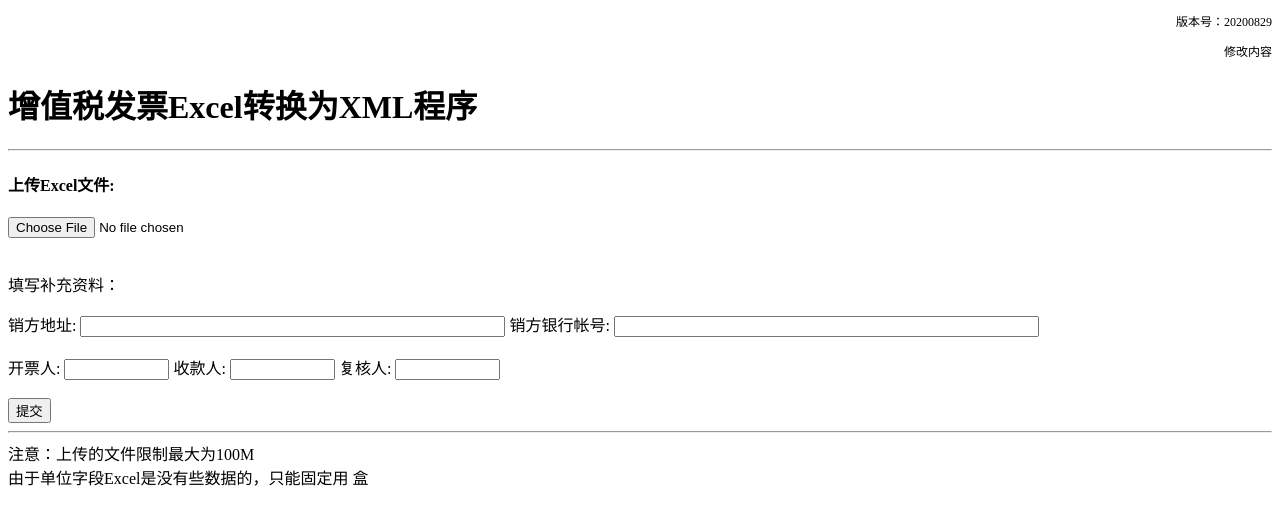
Repository: SFGuile/learnSpringapp
Page: http://localhost/demo/home.jsp
The author's editor kept a copy of each file at every save. The page is drawn from the files as they stood at one save, then again after the next save.
The browser window is 1280 px wide. The pictures show the whole page.
The page is served by Tomcat 9.

Above is the page before, as saved 2020-08-29 01:52:06.

After the next save:
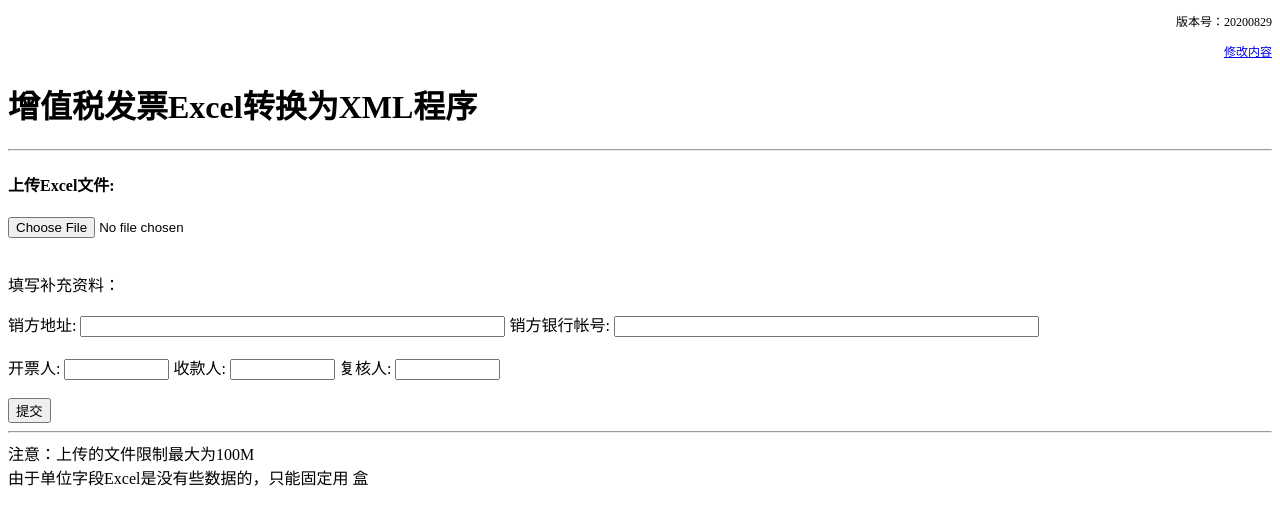
Saved 2 min 12 s later.
--- a/demo/src/main/webapp/home.jsp
+++ b/demo/src/main/webapp/home.jsp
@@ -16,7 +16,7 @@
    </div>
 
     <div>
-     <p style="font-size:12px;text-align: right;">修改内容</p>
+     <p style="font-size:12px;text-align: right;"><a href="../releasenote">修改内容</a></p>
 
     </div>
 
